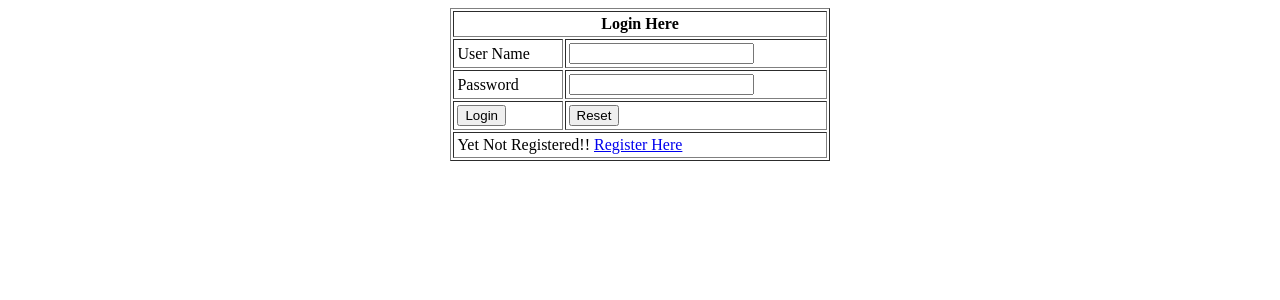
Repository: ameena017/bank-app
Page: http://localhost/banking-app/login.jsp
The author's editor kept a copy of each file at every save. The page is drawn from the files as they stood at one save, then again after the next save.
The browser window is 1280 px wide. The pictures show the whole page.
The page is served by Tomcat 9. Nobody is signed in. The application's start-up code is not run.

Above is the page before, as saved 2017-09-18 04:59:46.

After the next save:
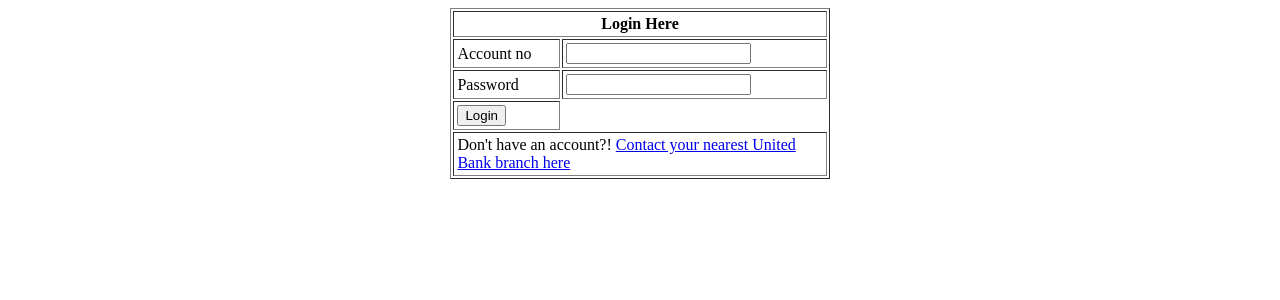
Saved 5 min 2 s later.
--- a/banking-app/WebContent/login.jsp
+++ b/banking-app/WebContent/login.jsp
@@ -17,19 +17,19 @@
                 </thead>
                 <tbody>
                     <tr>
-                        <td>User Name</td>
-                        <td><input type="text" name="uname" value="" /></td>
+                        <td>Account no</td>
+                        <td><input type="text" name="acc_no" value="" /></td>
                     </tr>
                     <tr>
                         <td>Password</td>
-                        <td><input type="password" name="pass" value="" /></td>
+                        <td><input type="password" name="password" value="" /></td>
                     </tr>
                     <tr>
                         <td><input type="submit" value="Login" /></td>
-                        <td><input type="reset" value="Reset" /></td>
+                       <!--  <td><input type="reset" value="Reset" /></td> -->
                     </tr>
                     <tr>
-                        <td colspan="2">Yet Not Registered!! <a href="reg.jsp">Register Here</a></td>
+                        <td colspan="2">Don't have an account?! <a href="reg.jsp">Contact your nearest United Bank branch here</a></td>
                     </tr>
                 </tbody>
             </table>
